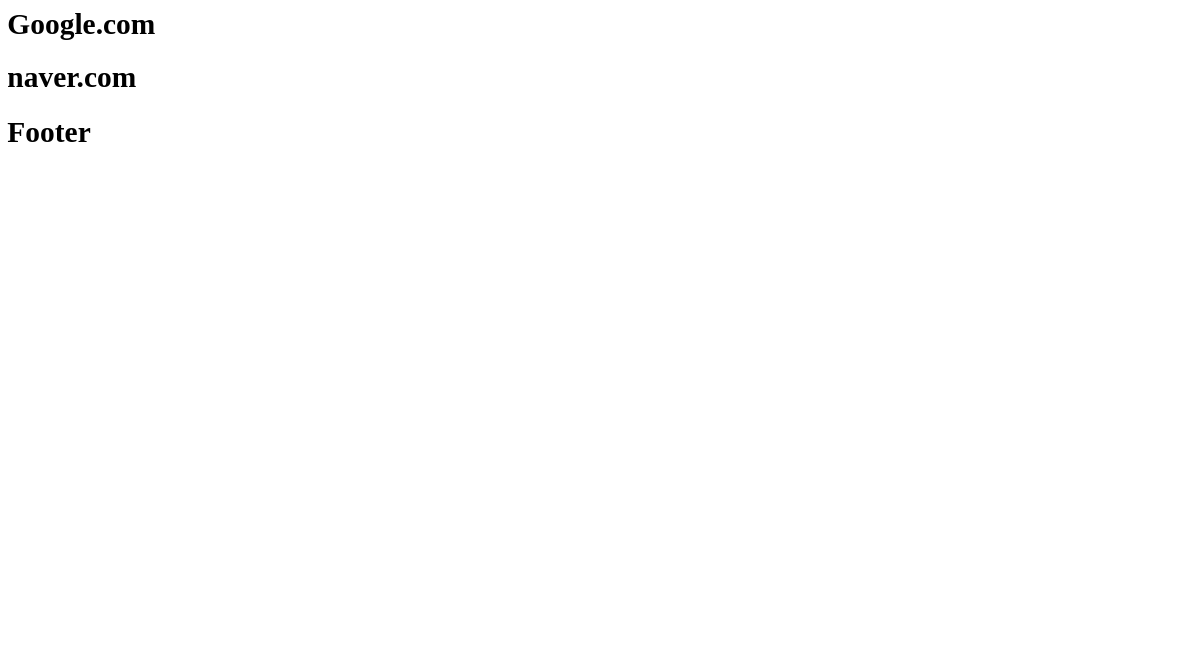
Repository: jjungee/DDIT-JSP
Page: http://localhost/JSP_JSTL/core/import.jsp
The author's editor kept a copy of each file at every save. The page is drawn from the files as they stood at one save, then again after the next save.
The browser window is 1280 px wide. The pictures show the whole page, at 92% of full size.
The page is served by Tomcat 9.

Above is the page before, as saved 2020-11-05 02:07:14.

After the next save:
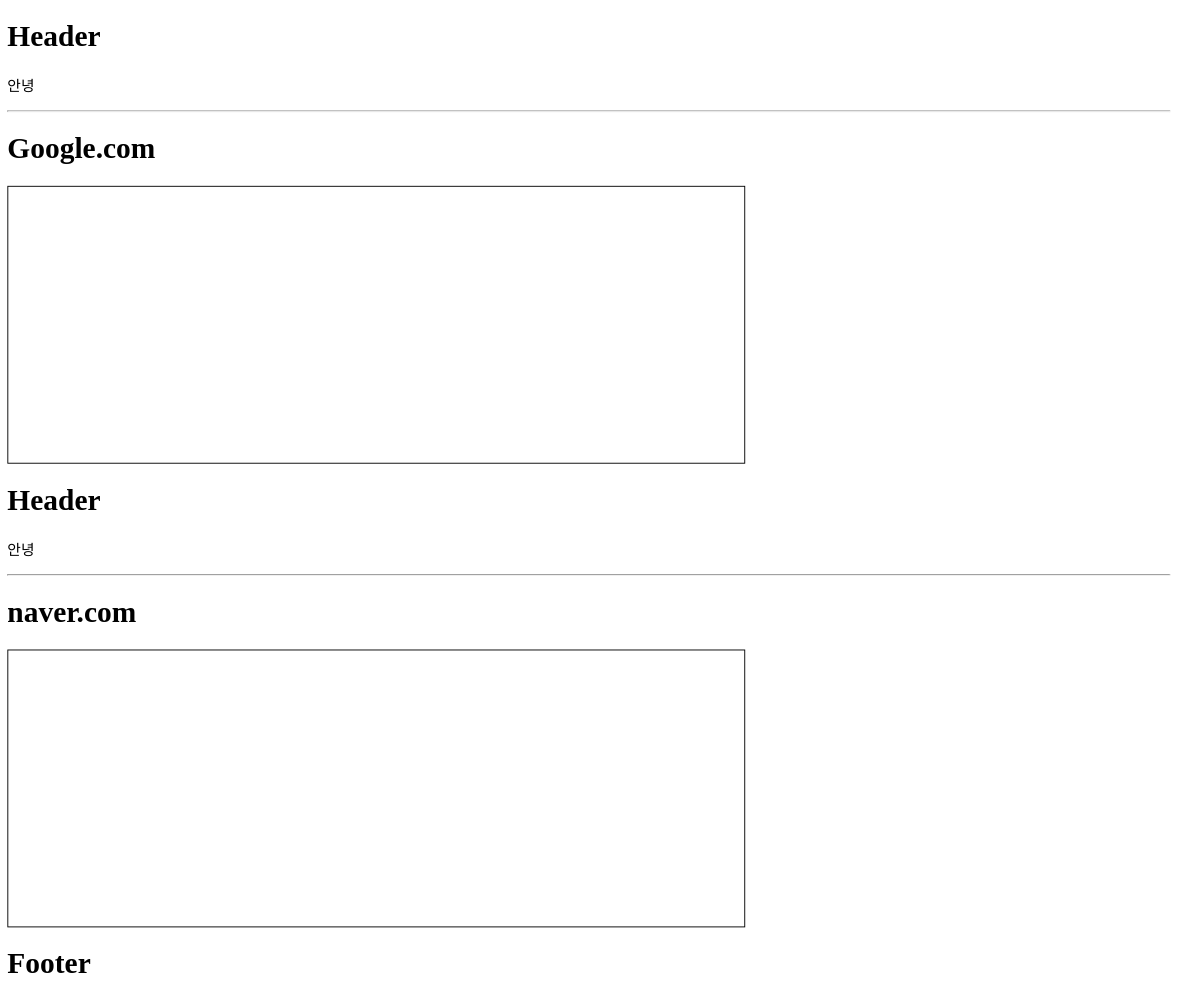
Saved 21 s later.
--- a/JSP_JSTL/WebContent/core/import.jsp
+++ b/JSP_JSTL/WebContent/core/import.jsp
@@ -4,16 +4,20 @@
 <%@ taglib prefix="c" uri="http://java.sun.com/jsp/jstl/core" %>
 
 		<!-- header -->
-		<c:import url="/core/include/header.jsp" var="header">
+		<c:import url="/core/include/header.jsp" var="head">
 			<c:param name="message" value="안녕"/>
 			<c:param name="title" value="회원가입"></c:param>
 		</c:import>
+
+		${head }
 
 		<!-- body -->
 		<h1>Google.com</h1>
 		<div id="google">
 <%-- 			<c:import url="https://www.google.com"/> --%>
 		</div>
+
+		${head }
 
 		<h1>naver.com</h1>
 		<div id="naver">

After the save that followed:
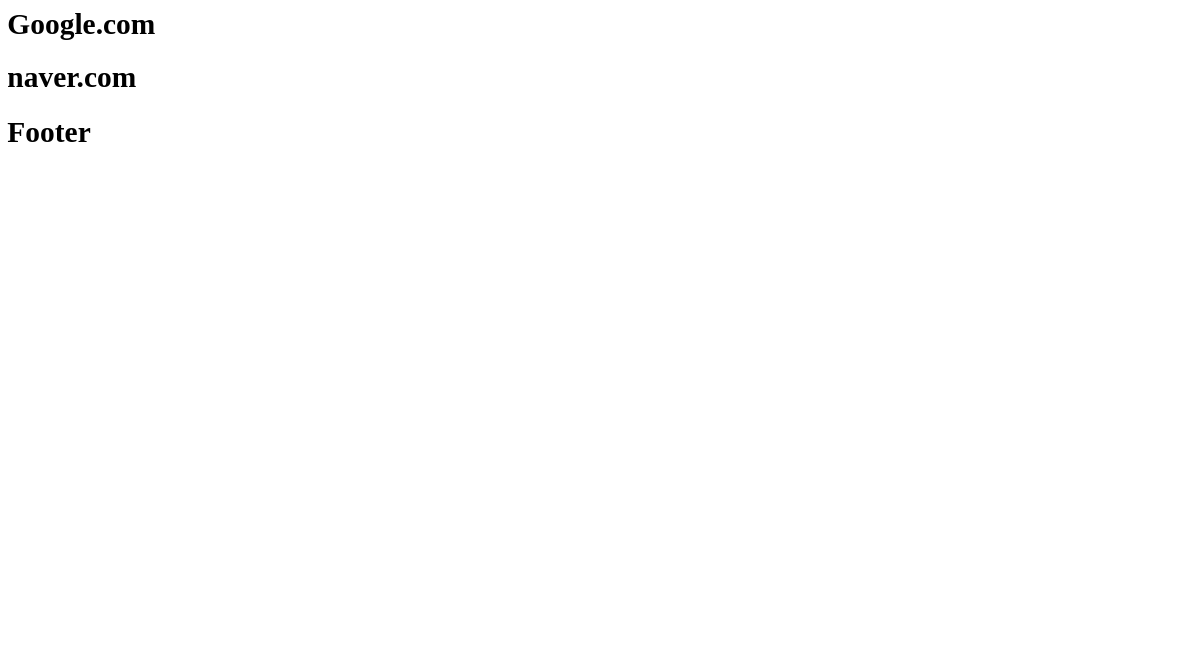
Saved 31 s later.
--- a/JSP_JSTL/WebContent/core/import.jsp
+++ b/JSP_JSTL/WebContent/core/import.jsp
@@ -9,15 +9,11 @@
 			<c:param name="title" value="회원가입"></c:param>
 		</c:import>
 
-		${head }
-
 		<!-- body -->
 		<h1>Google.com</h1>
 		<div id="google">
 <%-- 			<c:import url="https://www.google.com"/> --%>
 		</div>
-
-		${head }
 
 		<h1>naver.com</h1>
 		<div id="naver">
